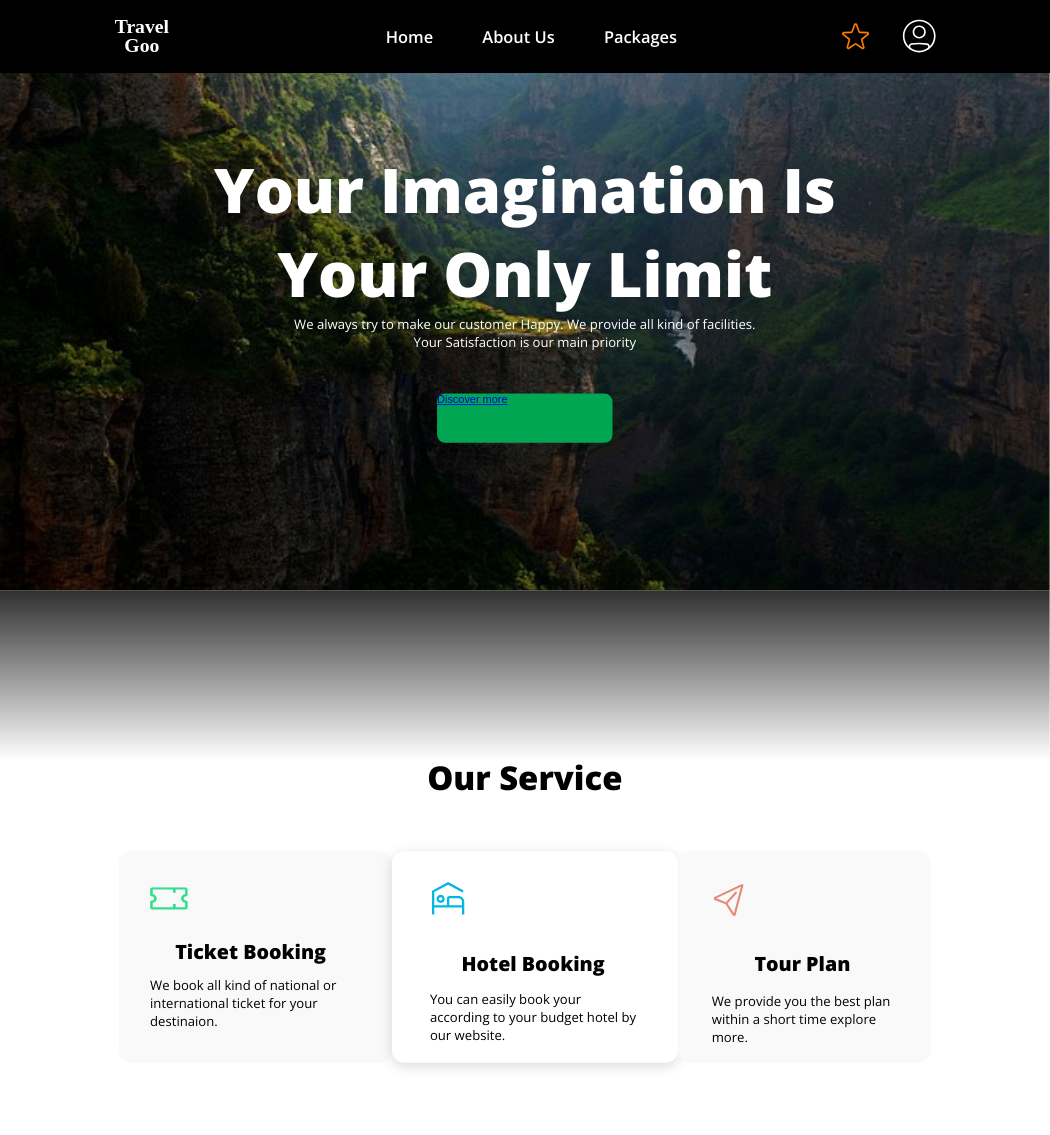
Repository: simralgasimov/back-project
Page: index.html
An editor plug-in stored every save of this project. The page is shown before and after the next save, followed by the edit.
The browser window is 1280 px wide. The pictures show the whole page, at 82% of full size.
Some web fonts or font styles are not loaded; a fallback is used.

Above is the page before, as saved 2023-09-27 13:43:00.

### index.html
<!DOCTYPE html>
<html lang="en">
  <head>
    <meta charset="UTF-8" />
    <meta name="viewport" content="width=device-width, initial-scale=1.0" />
    <title>Document</title>
    <link rel="stylesheet" href="./index.css" />
  </head>
  <body>
    <div class="container">
      <div class="container-1">
        <div class="navbar">
          <div class="logo">
            Travel
            <div>Goo</div>
          </div>
          <div class="menu">
            <ul>
              <li>Home</li>
              <li>About Us</li>
              <li>Packages</li>
            </ul>
          </div>
          <div class="icon">
            <img src="./clarity_favorite-line.svg" alt="" />
            <img src="./healthicons_ui-user-profile-outline.svg" alt="" />
          </div>
        </div>
        <main>
          <!-- <div class="box">
      <h1>Your Imagination Is Your Only Limit</h1>
    </div>

    <div class="text-box">
      <p>
        We always try to make our customer Happy. We provide all kind of
        facilities. Your Satisfaction is our main priority
      </p>
    </div>

    <div class="button"><a href="#">Discover more</a></div> -->

          <h1>Your Imagination Is Your Only Limit</h1>
          <p>
            We always try to make our customer Happy. We provide all kind of
            facilities. Your Satisfaction is our main priority
          </p>
          <button>
            <a href="#">Discover more</a>
          </button>
        </main>
      </div>
      <div class="container-2">
        <h2>Our Service</h2>
        <div class="services">
          <div class="ticket">
            <img src="./Vector.svg" alt="" />
            <h1>Ticket Booking</h1>
            <p>
              We book all kind of national or international ticket for your
              destinaion.
            </p>
          </div>
          <div class="hotel">
            <img src="./carbon_hotel.svg" alt="" />
            <h1>Hotel Booking</h1>
            <p>
              You can easily book your according to your budget hotel by our
              website.
            </p>
          </div>
          <div class="tour">
            <img src="./cil_paper-plane.svg" alt="" />
            <h1>Tour Plan</h1>
            <p>
              We provide you the best plan within a short time explore more.
            </p>
          </div>
        </div>
      </div>
    </div>
  </body>
</html>

### index.css
@import url("https://fonts.googleapis.com/css2?family=Laila:wght@400;600;700&family=Open+Sans:wght@400;600;800&display=swap");
* {
  padding: 0;
  margin: 0;
  box-sizing: border-box;
}

.container {
  /* position: relative;
  z-index: 0; */
  /* padding: 32px 145px 63px 100px; */
  min-height: 100vh;
  width: 100%;

}

.container .navbar {
  width: 100%;
  padding: 20px 135px;
  display: flex;
  justify-content: space-between;
  align-items: center;
  /* margin: auto; */
  position: fixed;
  top: 0;
  background-color: black;
}
.container-1{
  min-height: 100vh;
  display: flex;
  flex-direction: column;
  align-items: center;
  justify-content: center;
  background-image: url("./canyon-1740973_640.jpg");
  background-repeat: no-repeat;
  background-size: 100% 100%;
}
.container .navbar .logo {
  width: 76px;
  color: #fff;
  text-align: center;
  font-family: Laila;
  font-size: 24px;
  font-style: normal;
  font-weight: 700;
  line-height: 102.5%; /* 24.6px */
}

.container .navbar .menu ul {
  list-style-type: none;
  display: flex;
}

.container .navbar .menu ul li {
  color: #fff;
  font-family: Open Sans;
  font-size: 20px;
  font-style: normal;
  font-weight: 600;
  line-height: normal;
  justify-content: space-between;
  margin-left: 60px;
}

.container .navbar .icon {
  display: flex;
  justify-content: space-between;
  align-items: center;
}

.container .navbar .icon img:first-child {
  margin-right: 36px;
  width: 36px;
  height: 36px;
}
.container .navbar .icon img:last-child {
  width: 48px;
  height: 48px;
}

.container .box {
  display: flex;
  justify-content: center;
  text-align: center;
}
.container .container-1 h1 {
  width: 779px;
  color: #fff;
  text-align: center;
  font-family: Open Sans;
  font-size: 75px;
  font-style: normal;
  font-weight: 800;
  line-height: normal;
  /* margin-top: 250px; */
}

.container .text-box {
  margin-top: 57px;
  display: flex;
  justify-content: center;
  text-align: center;
}
.container .container-1  p {
  width: 568px;
  color: #fff;
  text-align: center;
  font-family: Open Sans;
  font-size: 16px;
  font-style: normal;
  font-weight: 400;
  line-height: normal;
}

.container .container-1  button {
  border: none;
  width: 214px;
  height: 60px;
  border-radius: 10px;
  background: #00a651;
  display: flex;

  margin-top: 52px;
}

.container .button a {
  /* display: flex;
    justify-content: center;
    text-align: center;
    align-items: center; */
  margin: auto;
  text-decoration: none;
  color: #fff;
  text-align: center;
  font-family: Open Sans;
  font-size: 24px;
  font-style: normal;
  font-weight: 600;
  line-height: normal;
}

.container-2 {
  padding: 200px 145px 88px 145px;
  background: linear-gradient(
    180deg,
    rgba(0, 0, 0, 0.81) 0%,
    rgba(72, 72, 72, 0) 31.25%,
    rgba(158, 158, 158, 0) 77.6%,
    #fff 85.42%
  );
}

.container-2 h2 {
  margin-bottom: 63px;
  /* display: flex;
        text-align: center;
        justify-content: center; */
  color: #000;
  text-align: center;
  font-family: Open Sans;
  font-size: 40px;
  font-style: normal;
  font-weight: 700;
  line-height: normal;
}

.container-2 .services {
  display: flex;
  /* margin: auto; */
  justify-content: space-between;
}

.container-2 .services .ticket {
  padding: 44px 50px 20px 38px;
  /* width: 416px;
height: 232px; */
  border-radius: 15px;
  background: #f9f9f9;
}

.container-2 .services .ticket h1 {
  margin-top: 30px;
  margin-bottom: 13px;
  color: #000;
  text-align: center;
  font-family: Open Sans;
  font-size: 24px;
  font-style: normal;
  font-weight: 700;
  line-height: normal;
}

.container-2 .services .ticket p {
  color: #000;
  font-family: Open Sans;
  font-size: 16px;
  font-style: normal;
  font-weight: 400;
  line-height: normal;
}

.container-2 .services .hotel {
  padding: 35px 51px 20px 46px;
  border-radius: 15px;
  background: #fff;
  box-shadow: 0px 4px 16px 0px rgba(0, 0, 0, 0.15);
}

.container-2 .services .hotel h1 {
  margin-top: 36px;
  margin-bottom: 16px;
  color: #000;
  text-align: center;
  font-family: Open Sans;
  font-size: 24px;
  font-style: normal;
  font-weight: 700;
  line-height: normal;
}

.container-2 .services .hotel p {
  color: #000;
  font-family: Open Sans;
  font-size: 16px;
  font-style: normal;
  font-weight: 400;
  line-height: normal;
}

.container-2 .services .tour {
  padding: 39px 46px 20px 41px;
  border-radius: 15px;
  background: #f9f9f9;
}

.container-2 .services .tour h1 {
  margin-top: 36px;
  margin-bottom: 19px;
  color: #000;
  text-align: center;
  font-family: Open Sans;
  font-size: 24px;
  font-style: normal;
  font-weight: 700;
  line-height: normal;
}
.container-2 .services .tour p {
  color: #000;
  font-family: Open Sans;
  font-size: 16px;
  font-style: normal;
  font-weight: 400;
  line-height: normal;
}

.container .container-1 main{
  display: flex;
  flex-direction: column;
  align-items: center;
}

After the next save:
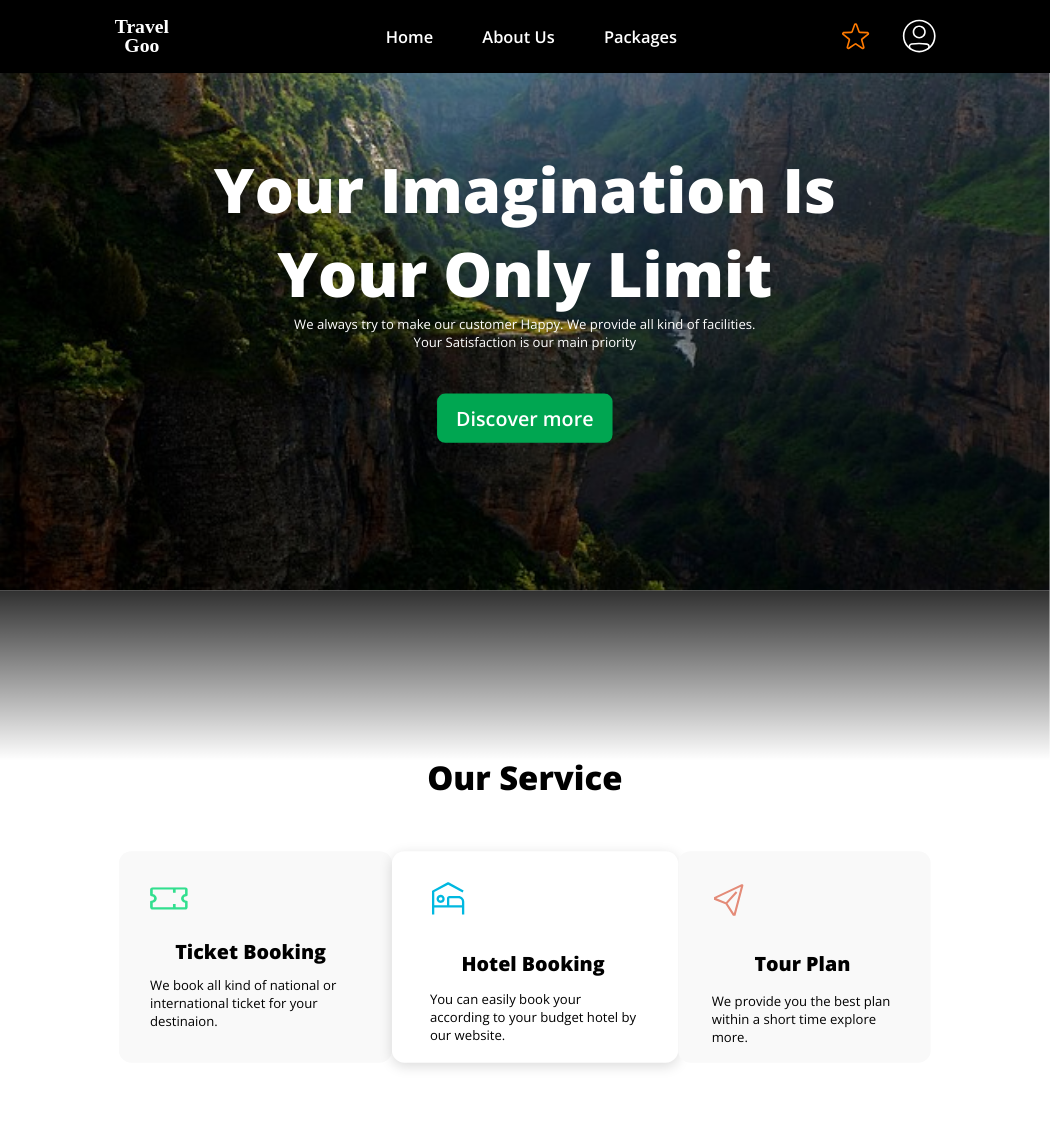
Saved 96 s later.
--- a/index.css
+++ b/index.css
@@ -123,7 +123,7 @@
   margin-top: 52px;
 }
 
-.container .button a {
+.container button a {
   /* display: flex;
     justify-content: center;
     text-align: center;
